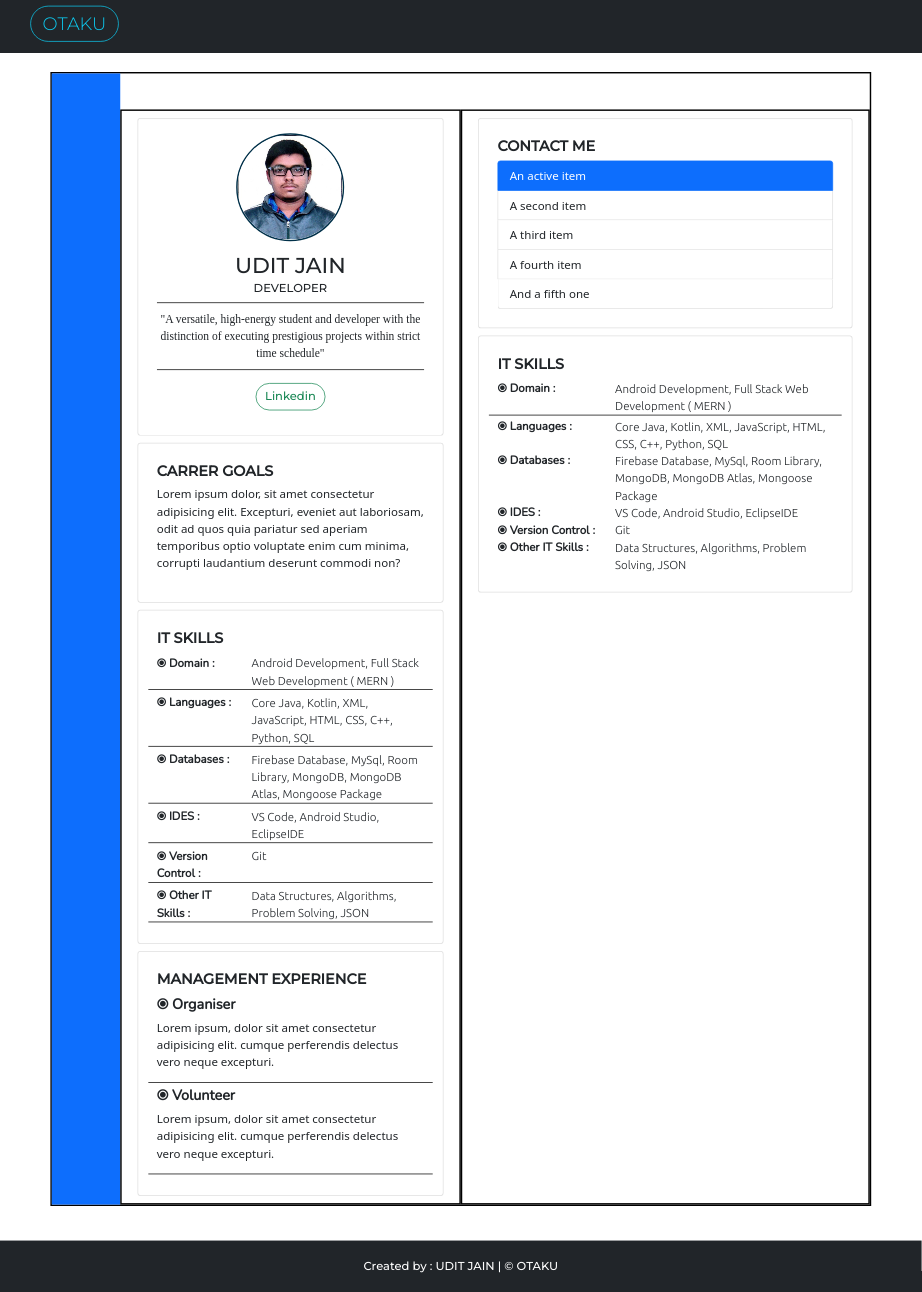
Repository: uditjain100/Responsive-Resume
Page: layouts/index.html
These files come from the project's save history. The page is drawn as it stood at one moment and after a run of saves; the edit follows.
The browser window is 1280 px wide. The pictures show the whole page, at 72% of full size.
Some web fonts or font styles are not loaded; a fallback is used. Some web libraries are served in a nearby version.

Above is the page before, as saved 2021-03-01 15:19:18.

After the next 2 saves:
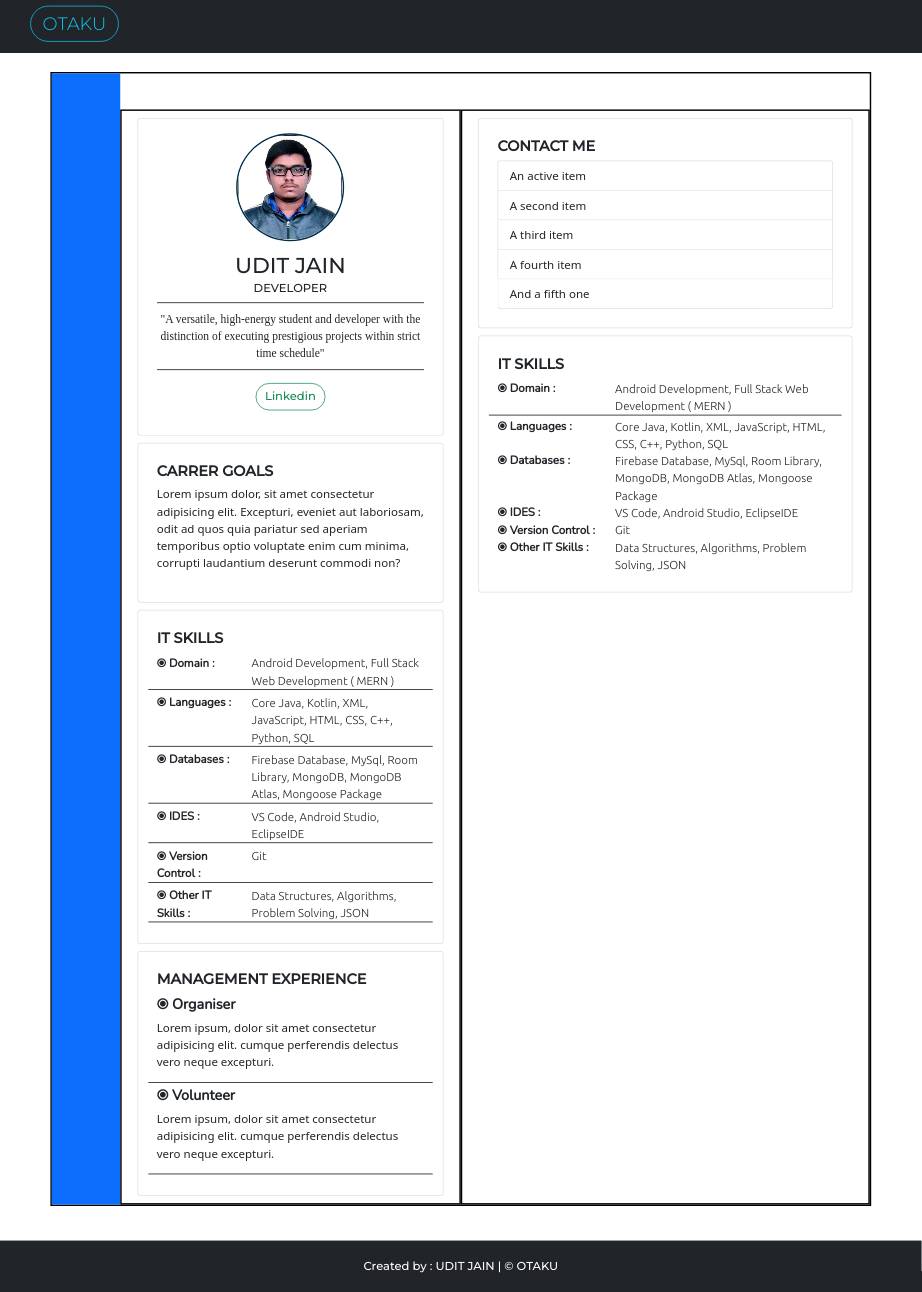
The 2 saves are shown as one change because they came seconds apart.
The last was saved 4 min 13 s later.
--- a/layouts/index.html
+++ b/layouts/index.html
@@ -169,9 +169,7 @@
             <div class="card-body">
               <h3 class="card-title">CONTACT ME</h3>
               <ul class="list-group">
-                <li class="list-group-item active" aria-current="true">
-                  An active item
-                </li>
+                <li class="list-group-item">An active item</li>
                 <li class="list-group-item">A second item</li>
                 <li class="list-group-item">A third item</li>
                 <li class="list-group-item">A fourth item</li>
